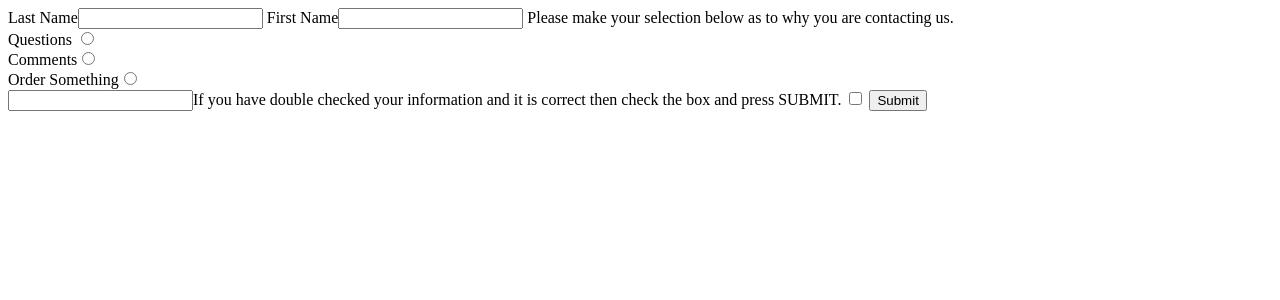
Repository: nsisk1/web-page-project
Page: contact-us.html
These files come from the project's save history. The page is drawn as it stood at one moment and after a run of saves; the edit follows.
The browser window is 1280 px wide. The pictures show the whole page.

Above is the page before, as saved 2024-07-14 09:46:24.

### contact-us.html
<!DOCTYPE html>
<html lang="En">
    <head>
        <title>Contact Us</title>
    </head>
    <body>
        <form id="myMailerForm" action="mailto:nsisk1@student.dallascollege.edu" method="post">
            <label>Last Name<input type="text" name="lastname"></label>
            <label>First Name<input type="text" name="firstname"></label>
            Please make your selection below as to why you are contacting us.<br>
            Questions
        <input type="radio" name="reason" value="question"><br>
        Comments<input type="radio" name="reason" value="comments"><br>
        Order Something<input type="radio" name="reason" value="order">
        <br>
        <input
            <br>If you have double checked your information and it is correct then check the box and press SUBMIT. <input type="checkbox" name="info">

            <input type="submit" value="Submit">
              </form>
    </body>
</html>

After the next 7 saves:
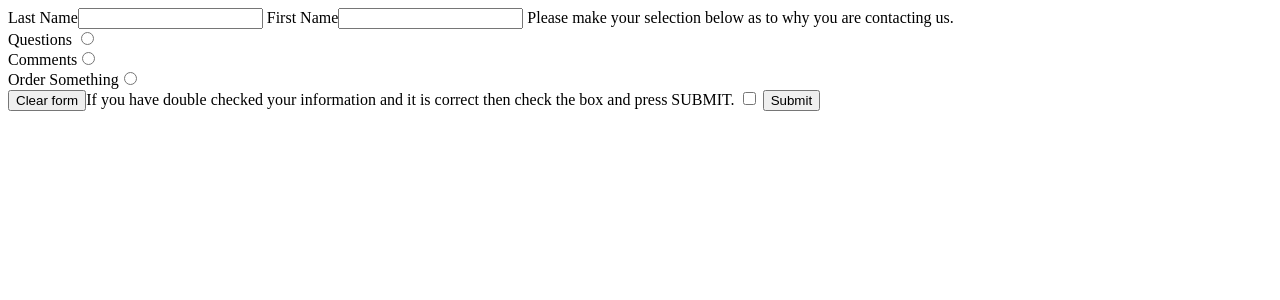
The 7 saves are shown as one change because they came seconds apart.
The last was saved 15 s later.
--- a/contact-us.html
+++ b/contact-us.html
@@ -13,7 +13,7 @@
         Comments<input type="radio" name="reason" value="comments"><br>
         Order Something<input type="radio" name="reason" value="order">
         <br>
-        <input
+        <input type="reset" value="Clear form"
             <br>If you have double checked your information and it is correct then check the box and press SUBMIT. <input type="checkbox" name="info">
 
             <input type="submit" value="Submit">
